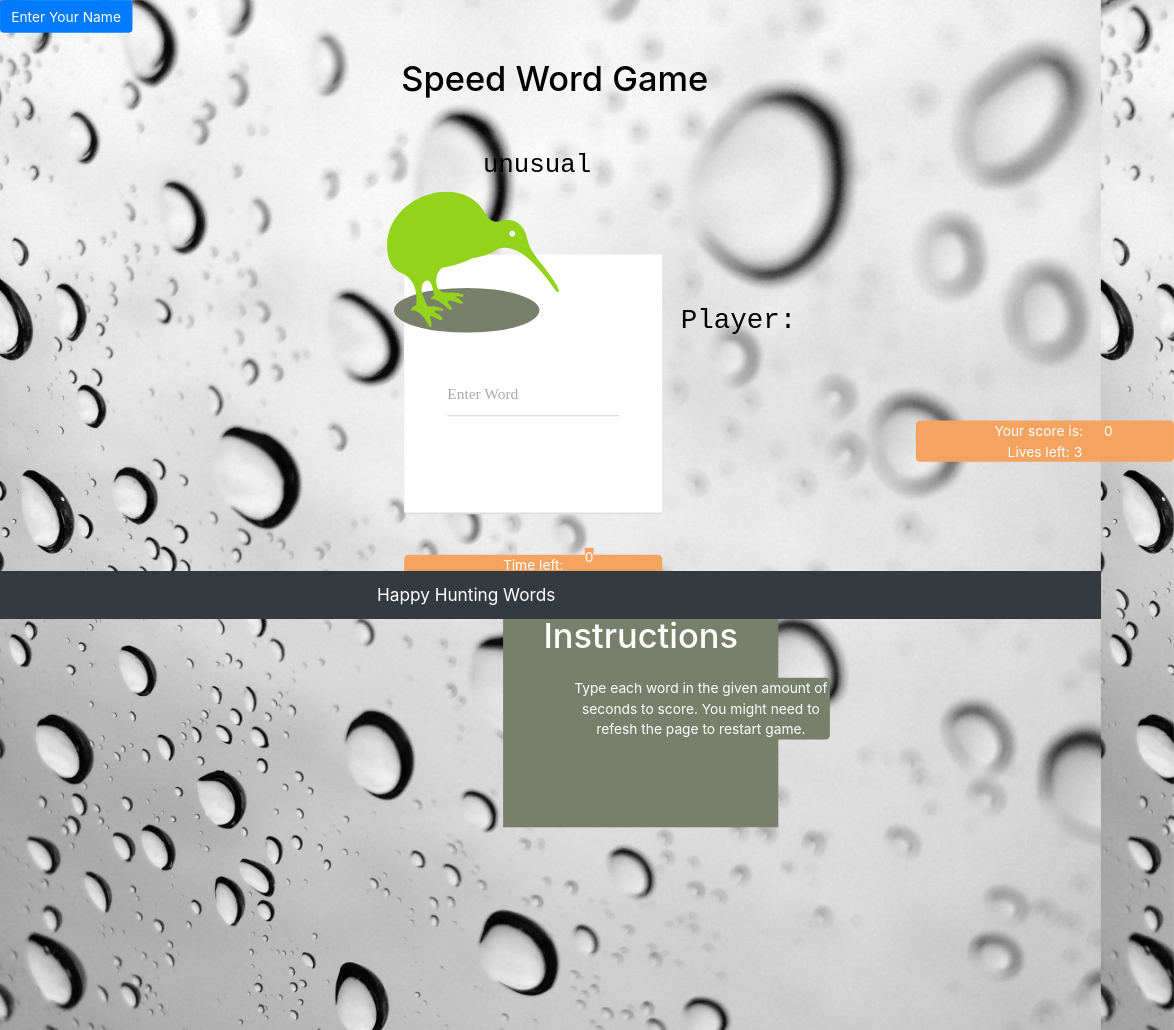
Repository: konstantin0s/word-game-project
Page: index.html
These files come from the project's save history. The page is drawn as it stood at one moment and after the next save; the edit follows.
The browser window is 1280 px wide. The page is 1365 px wide, so the pictures cover 1365 px, including what lies to the right of the window. The pictures show the whole page, at 86% of full size.
Backgrounds fixed to the window are drawn as part of the page. Some web libraries are served in a nearby version.

Above is the page before, as saved 2019-02-12 16:43:44.
Console error: ReferenceError: loadSound is not defined

### index.html
<!DOCTYPE html>
<html lang="en">

<head>

  <meta charset="utf-8">
  <meta name="viewport" content="width=device-width, initial-scale=1, shrink-to-fit=no">
  <meta name="description" content="">
  <meta name="author" content="">

  <title>Speed Word Game</title>
  <!-- <link rel="stylesheet" href="https://maxcdn.bootstrapcdn.com/bootstrap/3.4.0/css/bootstrap.min.css"> -->
  <script src="https://ajax.googleapis.com/ajax/libs/jquery/3.3.1/jquery.min.js"></script>
  <script src="https://maxcdn.bootstrapcdn.com/bootstrap/3.4.0/js/bootstrap.min.js"></script>
  <script src="https://cdnjs.cloudflare.com/ajax/libs/p5.js/0.7.3/p5.js"></script>
  <!-- Bootstrap core CSS -->
  <link href="vendor/bootstrap/css/bootstrap.min.css" rel="stylesheet">

  <!-- Custom styles for this template -->
  <link href="css/the-big-picture.css" rel="stylesheet">
  <link rel="stylesheet" href="css/style.css">

</head>

<body>

  <!-- Navigation -->
  <nav class="navbar navbar-expand-lg navbar-dark bg-dark fixed-bottom">
    <div class="container">
      <a class="navbar-brand" href="#">Happy Hunting Words</a>
      <button class="navbar-toggler" type="button" data-toggle="collapse" data-target="#navbarResponsive" aria-controls="navbarResponsive" aria-expanded="false" aria-label="Toggle navigation">
        <span class="navbar-toggler-icon"></span>
      </button>
      <div class="collapse navbar-collapse" id="navbarResponsive">
      </div>
    </div>
  </nav>



<!-- Button trigger modal -->
<button type="button" id="clearPlayer" class="btn btn-primary" data-toggle="modal" data-target="#exampleModalCenter">
    Enter Your Name
  </button>

  <!-- Modal -->
  <div class="modal fade" id="exampleModalCenter" tabindex="-1" role="dialog" aria-labelledby="exampleModalCenterTitle" aria-hidden="true">
    <div class="modal-dialog modal-dialog-centered" role="document">
      <div class="modal-content">
        <div class="modal-header">
          <h5 class="modal-title" id="exampleModalLongTitle">Player Name</h5>
          <button type="button" class="close" data-dismiss="modal" aria-label="Close">
            <span aria-hidden="true">&times;</span>
          </button>
        </div>
        <div class="modal-body">
            <h3 id="playerN">Enter Your Name</h3>
            <input id="name" onchange="say_hi()">
        </div>
      </div>
    </div>
  </div>

<h2 id="user">
  Player:
</h2>
<!--
<div class="newP">
    <h3 id="playerN">Enter Your Name</h3>
    <input id="name" onchange="say_hi()">
</div> -->


<div id="output"></div>

  <!-- Page Content -->
  <section>
    <div class="container">
      <div class="row">
        <div class="col-lg-6">
          <h1 class="mt-5">Speed Word Game</h1>
          <div id="wordsDisplay">

          </div>
          <div id="time">
           <p>Time left:</p> <span id="timeLeft"></span>
          </div>
          <div id="userDetails">
             Your score is: <span id="score">0</span><br>
             Lives left: <span id="lives">3</span>
          </div>
          <div class="wrapper">
            <input class="input" id="inputWord" onchange="compareGuess()" placeholder="Enter Word" type="text" >
            <span class="underline"></span>
        </div>
        </div>
      </div>
    </div>
  </section>

    <audio id="myTune">
      <!-- <source src="sounds/0283.ogg"> -->
      <!-- <source src="WhiteChristmas.ogg"> -->
    </audio>

   <p id="messageP"></p>
  <svg version="1.1" id="Layer_1" xmlns="http://www.w3.org/2000/svg" xmlns:xlink="http://www.w3.org/1999/xlink" x="0px" y="0px"
  width="612px" height="502.174px" viewBox="0 65.326 612 502.174" enable-background="new 0 65.326 612 502.174"
  xml:space="preserve" class="logo">

<ellipse class="ground" cx="283.5" cy="487.5" rx="259" ry="80"/>
<path class="kiwi" d="M210.333,65.331C104.367,66.105-12.349,150.637,1.056,276.449c4.303,40.393,18.533,63.704,52.171,79.03
 c36.307,16.544,57.022,54.556,50.406,112.954c-9.935,4.88-17.405,11.031-19.132,20.015c7.531-0.17,14.943-0.312,22.59,4.341
 c20.333,12.375,31.296,27.363,42.979,51.72c1.714,3.572,8.192,2.849,8.312-3.078c0.17-8.467-1.856-17.454-5.226-26.933
 c-2.955-8.313,3.059-7.985,6.917-6.106c6.399,3.115,16.334,9.43,30.39,13.098c5.392,1.407,5.995-3.877,5.224-6.991
 c-1.864-7.522-11.009-10.862-24.519-19.229c-4.82-2.984-0.927-9.736,5.168-8.351l20.234,2.415c3.359,0.763,4.555-6.114,0.882-7.875
 c-14.198-6.804-28.897-10.098-53.864-7.799c-11.617-29.265-29.811-61.617-15.674-81.681c12.639-17.938,31.216-20.74,39.147,43.489
 c-5.002,3.107-11.215,5.031-11.332,13.024c7.201-2.845,11.207-1.399,14.791,0c17.912,6.998,35.462,21.826,52.982,37.309
 c3.739,3.303,8.413-1.718,6.991-6.034c-2.138-6.494-8.053-10.659-14.791-20.016c-3.239-4.495,5.03-7.045,10.886-6.876
 c13.849,0.396,22.886,8.268,35.177,11.218c4.483,1.076,9.741-1.964,6.917-6.917c-3.472-6.085-13.015-9.124-19.18-13.413
 c-4.357-3.029-3.025-7.132,2.697-6.602c3.905,0.361,8.478,2.271,13.908,1.767c9.946-0.925,7.717-7.169-0.883-9.566
 c-19.036-5.304-39.891-6.311-61.665-5.225c-43.837-8.358-31.554-84.887,0-90.363c29.571-5.132,62.966-13.339,99.928-32.156
 c32.668-5.429,64.835-12.446,92.939-33.85c48.106-14.469,111.903,16.113,204.241,149.695c3.926,5.681,15.819,9.94,9.524-6.351
 c-15.893-41.125-68.176-93.328-92.13-132.085c-24.581-39.774-14.34-61.243-39.957-91.247
 c-21.326-24.978-47.502-25.803-77.339-17.365c-23.461,6.634-39.234-7.117-52.98-31.273C318.42,87.525,265.838,64.927,210.333,65.331
 z M445.731,203.01c6.12,0,11.112,4.919,11.112,11.038c0,6.119-4.994,11.111-11.112,11.111s-11.038-4.994-11.038-11.111
 C434.693,207.929,439.613,203.01,445.731,203.01z"/>
<filter id="pictureFilter" >
 <feGaussianBlur stdDeviation="15" />
</filter>
</svg>


<div class="instructions">
  <h1>Instructions</h1>
  <p>Type each word in the given amount of seconds to score.
    You might need to refesh the page to restart game.
  </p>
</div>

  <!-- Bootstrap core JavaScript -->
  <script src="vendor/jquery/jquery.min.js"></script>
  <script src="vendor/bootstrap/js/bootstrap.bundle.min.js"></script>
  <script src="js/main.js"></script>

</body>

</html>

### css/the-big-picture.css
/*!
 * Start Bootstrap - The Big Picture (https://startbootstrap.com/template-overviews/the-big-picture)
 * Copyright 2013-2019 Start Bootstrap
 * Licensed under MIT (https://github.com/BlackrockDigital/startbootstrap-the-big-picture/blob/master/LICENSE)
 */
body {
  background: url('../img/drop.jpg') no-repeat center center fixed;
  -webkit-background-size: cover;
  -moz-background-size: cover;
  background-size: cover;
  -o-background-size: cover;
}

### css/style.css
body {
  margin: 0;
  padding: 0;
  z-index: 40;
  overflow-x: hidden;
}

.container {
  display: flex;
  flex-direction: column;
  justify-content: center;

}
.mt-5 {
  color: black;
  text-align: center;
  position: relative;
  top: -30px;
  left: 290px;
}
.wrapper {
  background-color: #FFF;
  border-radius: 2px;
  box-shadow: 0px 2px 1px 0px #DDD;
  box-sizing: border-box;
  height: 300px;
  left: 550px;
  margin: -150px 0 0 -150px;
  position: absolute;
  top: 400px;
  width: 300px;

}

.input {
  background-color: transparent;
  border: none;
  border-bottom: 1px solid #CCC;
  color: #555;
  box-sizing: border-box;
  font-family: 'Arvo';
  font-size: 18px;
  height: 50px;
  left: 50%;
  margin: -25px 0 0 -100px;
  padding: 10px 0px;
  position: relative;
  top: 50%;
  width: 200px;

  &:focus {
    outline: none;
  }
}

input::-webkit-input-placeholder {
  color: #AAA;
}

input:focus::-webkit-input-placeholder {
  color: dodgerblue;
}

.input:focus+.underline {
  transform: scale(1);
}

.underline {
  background-color: dodgerblue;
  display: inline-block;
  height: 2px;
  left: 50px;
  margin-top: -4px;
  position: absolute;
  top: 185px;
  -webkit-transform: scale(0, 1);
  transform: scale(0, 1);
  -webkit-transition: all 0.5s linear;
  transition: all 0.5s linear;
  width: 202px;
}


font {
  color: white;
}

#wordsDisplay {
  position: relative;
  top: 20px;
  left: 387px;
  color: black;
  font-family: 'Courier New', Courier, monospace;
  font-size: 30px;
  width: 305px;
  text-align: center;
}
#userDetails {
  position: relative;
  top: 230px;
 float: right;
 /* left: 500px; */
 left: 740px;
  color: white;
  background-color: sandybrown;
  width: 300px;
  text-align: center;
  border-radius: 5px;
}

#score {
  position: relative;
  top: 0px;
  left: 20px;
  color: white;
  background-color: sandybrown;
}

#time {
  text-align: center;
}

 p {
  position: relative;
  top: 450px;
  left: 385px;
  color: white;
  background-color: sandybrown;
  width: 300px;
  border-radius: 5px;
 }

#timeLeft {
  position: relative;
  top: 400px;
  left: 330px;
  color: white;
  background-color: sandybrown;g
}

b {
  color: black;
  text-transform: capitalize;;
}

#user {
  position: relative;
  top: 350px;
  right: 350px;
  float: right;
  color: black;
  font: 33px;
  font-family: 'Courier New', Courier, monospace;
}

#output {
  position: relative;
  color: black;
  float: right;
  right: 250px;
  font-size:28px;
  top: 410px;
}

#playerN {
  color: black;
}

.newP {
  position: relative;
  left: 40px;
  top: 120px;
}

.navbar-brand {
  position: relative;
  left: -90px;
}


@import "compass/css3";

.logo {
  position: relative;
  width: 200px;
  height: 164px;
  left: 450px;
  top: -100px;
}

.kiwi {
  fill: #94d31b;

}
.kiwi:hover {
  fill: #ace63c;
}

.ground {
  fill: #787f6a;
}
.ground:hover {
  filter: url(#pictureFilter);
  fill: #896d3d;
}

#messageP {
  position: relative;
  top: -50px;
  width: 100px;
  left: 500px;
}

.instructions {
  background-color: #787f6a;
  width: 25%;
  height: 250px;
  color: white;
  position: relative;
  left: 580px;
  top: 220px;
  margin: 5px;
  text-align: center;
  margin-bottom: 350px;
}

.instructions p {
  background-color: #787f6a;
  position: relative;
  left: 80px;
  top: 20px;
  width: 1005;
  text-align: center;
}




#modalContainer {
	background-color:rgba(0, 0, 0, 0.3);
	position:absolute;
  top:0;
	width:100%;
	height:100%;
	left:0px;
	z-index:10000;
	background-image:url(tp.png); /* required by MSIE to prevent actions on lower z-index elements */
}

#alertBox {
	position:relative;
	width:33%;
	min-height:100px;
  max-height:400px;
	margin-top:50px;
	border:1px solid #fff;
	background-color:#fff;
	background-repeat:no-repeat;
  top:30%;
}

#modalContainer > #alertBox {
	position:fixed;
}

#alertBox h1 {
	margin:0;
	font:bold 1em Raleway,arial;
	background-color:#f97352;
  color:#FFF;
  text-align: center;
	border-bottom:1px solid #f97352;
	padding:10px 0 10px 5px;
}

#alertBox p {
	/* height:50px;
	padding-left:5px;
  padding-top:30px;
  text-align:center;
  vertical-align:middle; */
  visibility: hidden;
}

#alertBox #closeBtn {
	display:block;
	position:relative;
	margin:10px auto 10px auto;
  padding:7px;
	border:0 none;
	width:170px;
	text-transform:uppercase;
	text-align:center;
	color:#FFF;
	background-color:#f97352;
	border-radius: 0px;
	text-decoration:none;
  outline:0!important;
}

/* unrelated styles */

#mContainer {
  position:relative;
	width:600px;
	margin:auto;
	padding:5px;
	border-top:2px solid #fff;
	border-bottom:2px solid #fff;
}

h1,h2 {
	margin:0;
  padding:4px;
}

code {
	font-size:1.2em;
	color:#069;
}

#credits {
	position:relative;
	margin:25px auto 0px auto;
	width:350px;
	font:0.7em verdana;
	border-top:1px solid #000;
	border-bottom:1px solid #000;
	height:90px;
	padding-top:4px;
}

#credits img {
	float:left;
	margin:5px 10px 5px 0px;
	border:1px solid #000000;
	width:80px;
	height:79px;
}

.important {
	background-color:#F5FCC8;
	padding:2px;

}

@media (max-width: 600px)
{
  #alertBox {
	position:relative;
	width:90%;
  top:30%;
}

### js/main.js
function say_hi() {
  var name = document.getElementById('name').value;
  var html = '<b>' + name + '</b> ';
 document.getElementById('output').innerHTML = html;
}

function clearPlayer() {
  document.getElementById("name").value = "";
  var input = document.getElementById("name");
  input.style.visibility = "hidden";
  var playerN = document.getElementById("playerN");
  playerN.style.visibility = "hidden";
  var clearPlayer = document.getElementById("clearPlayer");
  clearPlayer.style.visibility = "hidden";
  var exampleModalCenter = document.getElementById("exampleModalCenter");
  exampleModalCenter.style.visibility = "none";
}

  (function() {
    setInterval(function(){
      clearPlayer();
    }, 10000);
}());


function cancelLevel1() {
  if (score == 10) {
  }
  return;
}

   function wordGeneratorLevel1() {
    setInterval(function(){
      generate();
    }, 5000);
    timer();
    cancelLevel1();
  }

  function wordGeneratorLevel2() {
    setInterval(function(){
      generateLevel2()
    }, 5000);
    timer();
}

  var wordsLevel1 = [
    "clever", "amongst", "implementing", "intelectual", "sensual", "amazing", "beautify", "project", "tall",
"curl", "rate", "busy", "unusual", "extend", "exclusive", "ray", "shy", "wasteful", "unbecoming", "fallacious",
"toothbrush", "bounce"
     ];

     var wordsLevel2 = [
      "jackhammer",
     "brightwork", "verkrampte", "protectrix", "nudibranch", "grandchild", "newfangled", "flugelhorn", "mythologer",
     "pluperfect", "jellygraph", "quickthorn", "rottweiler", "technician", "cowpuncher", "middlebrow",
     "jackhammer", "triphthong", "wunderkind", "dazzlement", "jabberwock", "witchcraft","pawnbroker", "thumbprint", "motorcycle"
       ];

       const levels = [3, 5, 7];

  var randomDiv = document.getElementById("wordsDisplay");
  var addScore = document.getElementById("score");
  var freshLives = document.getElementById("lives");
  var timeLeft = document.getElementById("timeLeft");
  var svgLogo = document.getElementById("Layer_1");
   var messagePlayer = document.getElementById("messageP");
  var randomIndex;
  var mySound = document.getElementById("myTune");
  var myMusic;
  var newText;
  var score = 0;
  var lives = 3;
  var seconds = 5;
  var isPlaying = false;


  function flashLogo() {
    var interval = window.setInterval(function(){
      if(svgLogo.display == 'hidden'){
        svgLogo.style.visibility = 'visible';
      }else{
        svgLogo.style.visibility = 'hidden';
      }
  }, 1000);
  }

function timer() {
  setInterval(function(){
    seconds--;
    timeLeft.innerHTML = seconds;
    // if (seconds == 0) {
    //   isPlaying = false;
    //   seconds = 6;
    //   timeLeft.innerHTML = seconds;
    // }
}, 1000);
}

  function generate() {
   randomIndex = Math.ceil((Math.random() * wordsLevel1.length - 1));
   newText = wordsLevel1[randomIndex];
   randomDiv.innerHTML = newText;

  }

  function generateLevel2() {
    randomIndex = Math.ceil((Math.random() * wordsLevel2.length - 1));
    newText = wordsLevel2[randomIndex];
    randomDiv.innerHTML = newText;
   }

   var song;

   function setup() {
     song = loadSound('assets/lucky_dragons_-_power_melody.mp3');
     createCanvas(720, 200);
     background(255,0,0);
   }


function mousePressed() {
  if ( song.isPlaying() ) { // .isPlaying() returns a boolean
    song.stop();
    background(255,0,0);
  } else {
    song.play();
    background(0,255,0);
  }
}

  function compareGuess() {
    var flag = false;
    var searchWord = document.getElementById("inputWord").value;
    var wordName = document.getElementById("wordsDisplay");

         if (searchWord == wordName.innerHTML) {
           isPlaying = true;
          wordName.style.height = "40px";
           wordName.style.backgroundColor = "yellow";
           score++;
           addScore.textContent = score;
           if (score == 10) {
            sound.play();
            flashLogo();
            messagePlayer.innerHTML = "I'm Outta Here :)";
           }
           clearInterval(timer);

           setInterval(function(){
            wordName.style.backgroundColor = "";
          }, 1500);
          resetInput();
             flag = true;
         } else {
           wordName.style.backgroundColor = "";
         }

         if(flag == false) {
          lives--;
          freshLives.innerHTML = lives;
          resetInput();
      } if (lives == 0) {
        alert();
        score = 0;
        isPlaying = false;
        addScore.textContent = "0"
        resetInput();
        lives = 3;
        freshLives.innerHTML = lives;
      }
     }


 function resetInput() {
  document.getElementById("inputWord").value = "";
  }

//   function checkStatus() {
//     if(!isPlaying && seconds == 0) {
//       createCustomAlert();
//     }
//  }


  function init() {
    wordGeneratorLevel1();

    // setInterval(checkStatus, 500);

   }


 window.onload = init;


 //game Over pop UP
 var ALERT_TITLE = "Game Over!";
var ALERT_BUTTON_TEXT = "Restart";

if(document.getElementById) {
	window.alert = function(txt) {
		createCustomAlert(txt);
	}
}

function createCustomAlert(txt) {
	d = document;

	if(d.getElementById("modalContainer")) return;

	mObj = d.getElementsByTagName("body")[0].appendChild(d.createElement("div"));
	mObj.id = "modalContainer";
	mObj.style.height = d.documentElement.scrollHeight + "px";

	alertObj = mObj.appendChild(d.createElement("div"));
	alertObj.id = "alertBox";
	if(d.all && !window.opera) alertObj.style.top = document.documentElement.scrollTop + "px";
	alertObj.style.left = (d.documentElement.scrollWidth - alertObj.offsetWidth)/2 + "px";
	alertObj.style.visiblity="visible";

	h1 = alertObj.appendChild(d.createElement("h1"));
	h1.appendChild(d.createTextNode(ALERT_TITLE));

	msg = alertObj.appendChild(d.createElement("p"));
	//msg.appendChild(d.createTextNode(txt));
	msg.innerHTML = txt;

	btn = alertObj.appendChild(d.createElement("a"));
	btn.id = "closeBtn";
	btn.appendChild(d.createTextNode(ALERT_BUTTON_TEXT));
	btn.href = "#";
	btn.focus();
	btn.onclick = function() {
    clearInterval(timer);
    // isPlaying = true;
    // seconds = 6;
    // timeLeft.innerHTML = seconds;
    removeCustomAlert();return false; }

	alertObj.style.display = "block";

}

function removeCustomAlert() {
	document.getElementsByTagName("body")[0].removeChild(document.getElementById("modalContainer"));
}
function ful(){
alert('Alert this pages');
}

Loaded but not shown: vendor/bootstrap/css/bootstrap.min.css (library); vendor/jquery/jquery.min.js (library); vendor/bootstrap/js/bootstrap.bundle.min.js (library)

After the next save:
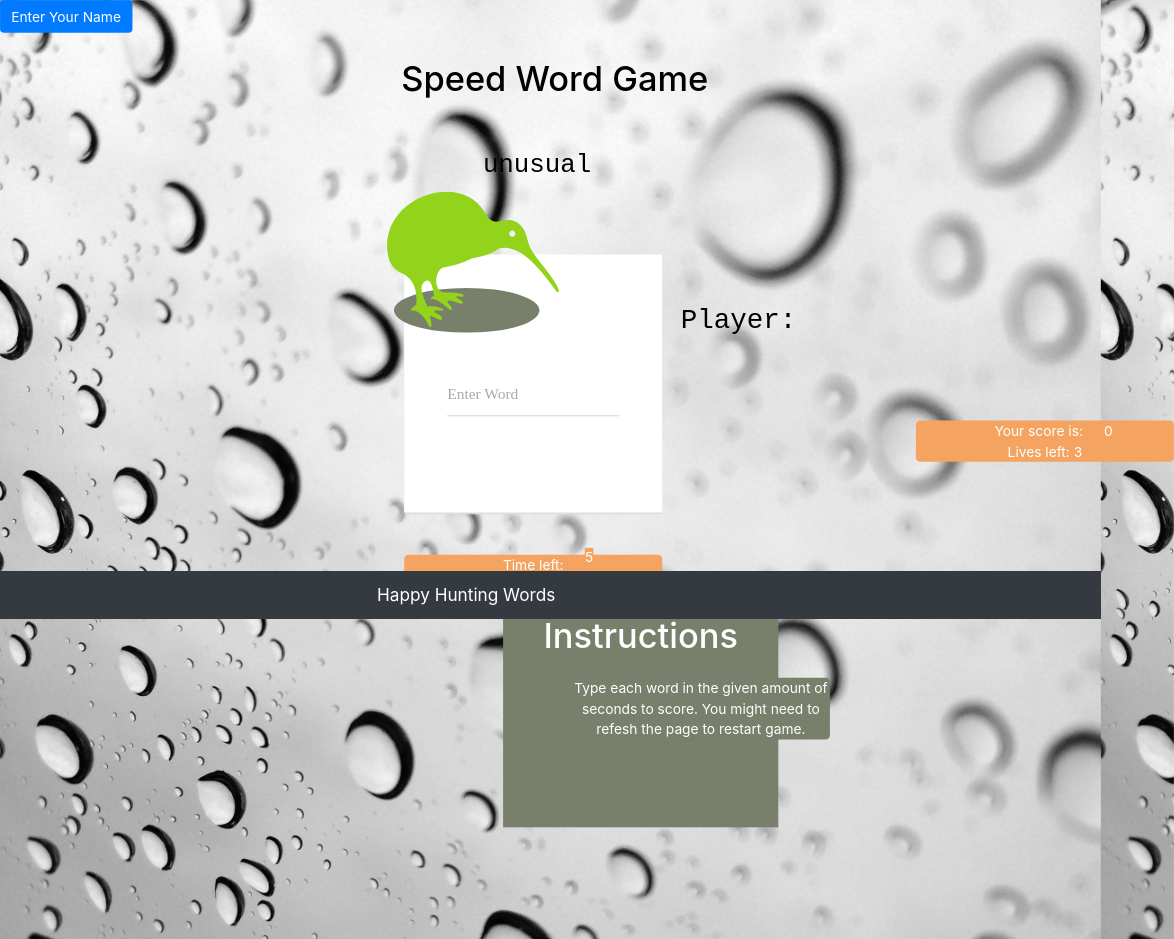
The error is gone.
Saved 90 s later.
--- a/js/main.js
+++ b/js/main.js
@@ -22,6 +22,28 @@ function clearPlayer() {
     }, 10000);
 }());
 
+// document.getElementById('say').addEventListener('click', say_hi);
+
+// {
+//   var name = prompt ('Your name','');
+//   if (name != null) {
+//     document.write("<CENTER><FONT FACE=ARIAdL,VERDANA COLOR="+" SIZE=5>Welcome To Word Game, "+name+".</FONT><HR NOSHADE WIDTH=450></CENTER><P>")
+//   } else {
+//     document.write("<CENTER><FONT FACE=ARIAdL,VERDANA COLOR="+" SIZE=5>Welcome, Guest "+name+".</FONT><HR NOSHADE WIDTH=450></CENTER><P>")
+//   }
+
+//   }
+
+  //words array
+
+
+  //random function
+  // function newWord() {
+  //   var randomNum = Math.floor(Math.random() * words.length);
+  //   document.getElementById('wordsDisplay').innerHTML = words[randomNum];
+  //   console.log(randomNum);
+  // }
+
 
 function cancelLevel1() {
   if (score == 10) {
@@ -29,7 +51,7 @@ function cancelLevel1() {
   return;
 }
 
-   function wordGeneratorLevel1() {
+  var wordGeneratorLevel1 = function() {
     setInterval(function(){
       generate();
     }, 5000);
@@ -66,13 +88,10 @@ function cancelLevel1() {
   var svgLogo = document.getElementById("Layer_1");
    var messagePlayer = document.getElementById("messageP");
   var randomIndex;
-  var mySound = document.getElementById("myTune");
-  var myMusic;
   var newText;
   var score = 0;
   var lives = 3;
   var seconds = 5;
-  var isPlaying = false;
 
 
   function flashLogo() {
@@ -82,18 +101,17 @@ function cancelLevel1() {
       }else{
         svgLogo.style.visibility = 'hidden';
       }
-  }, 1000);
-  }
-
-function timer() {
+  }, 1000); //the 1000 here is milliseconds and determines how often the interval should be run.
+  }
+
+var timer = function() {
   setInterval(function(){
     seconds--;
     timeLeft.innerHTML = seconds;
-    // if (seconds == 0) {
-    //   isPlaying = false;
-    //   seconds = 6;
-    //   timeLeft.innerHTML = seconds;
-    // }
+    if (seconds == 0) {
+      seconds = 5;
+      timeLeft.innerHTML = seconds;
+    }
 }, 1000);
 }
 
@@ -110,24 +128,7 @@ function timer() {
     randomDiv.innerHTML = newText;
    }
 
-   var song;
-
-   function setup() {
-     song = loadSound('assets/lucky_dragons_-_power_melody.mp3');
-     createCanvas(720, 200);
-     background(255,0,0);
-   }
-
-
-function mousePressed() {
-  if ( song.isPlaying() ) { // .isPlaying() returns a boolean
-    song.stop();
-    background(255,0,0);
-  } else {
-    song.play();
-    background(0,255,0);
-  }
-}
+  //  wordGeneratorLevel1();
 
   function compareGuess() {
     var flag = false;
@@ -135,18 +136,15 @@ function mousePressed() {
     var wordName = document.getElementById("wordsDisplay");
 
          if (searchWord == wordName.innerHTML) {
-           isPlaying = true;
           wordName.style.height = "40px";
            wordName.style.backgroundColor = "yellow";
            score++;
            addScore.textContent = score;
            if (score == 10) {
-            sound.play();
             flashLogo();
             messagePlayer.innerHTML = "I'm Outta Here :)";
            }
            clearInterval(timer);
-
            setInterval(function(){
             wordName.style.backgroundColor = "";
           }, 1500);
@@ -161,9 +159,8 @@ function mousePressed() {
           freshLives.innerHTML = lives;
           resetInput();
       } if (lives == 0) {
-        alert();
+        alert("Game Over");
         score = 0;
-        isPlaying = false;
         addScore.textContent = "0"
         resetInput();
         lives = 3;
@@ -176,17 +173,9 @@ function mousePressed() {
   document.getElementById("inputWord").value = "";
   }
 
-//   function checkStatus() {
-//     if(!isPlaying && seconds == 0) {
-//       createCustomAlert();
-//     }
-//  }
-
 
   function init() {
     wordGeneratorLevel1();
-
-    // setInterval(checkStatus, 500);
 
    }
 
